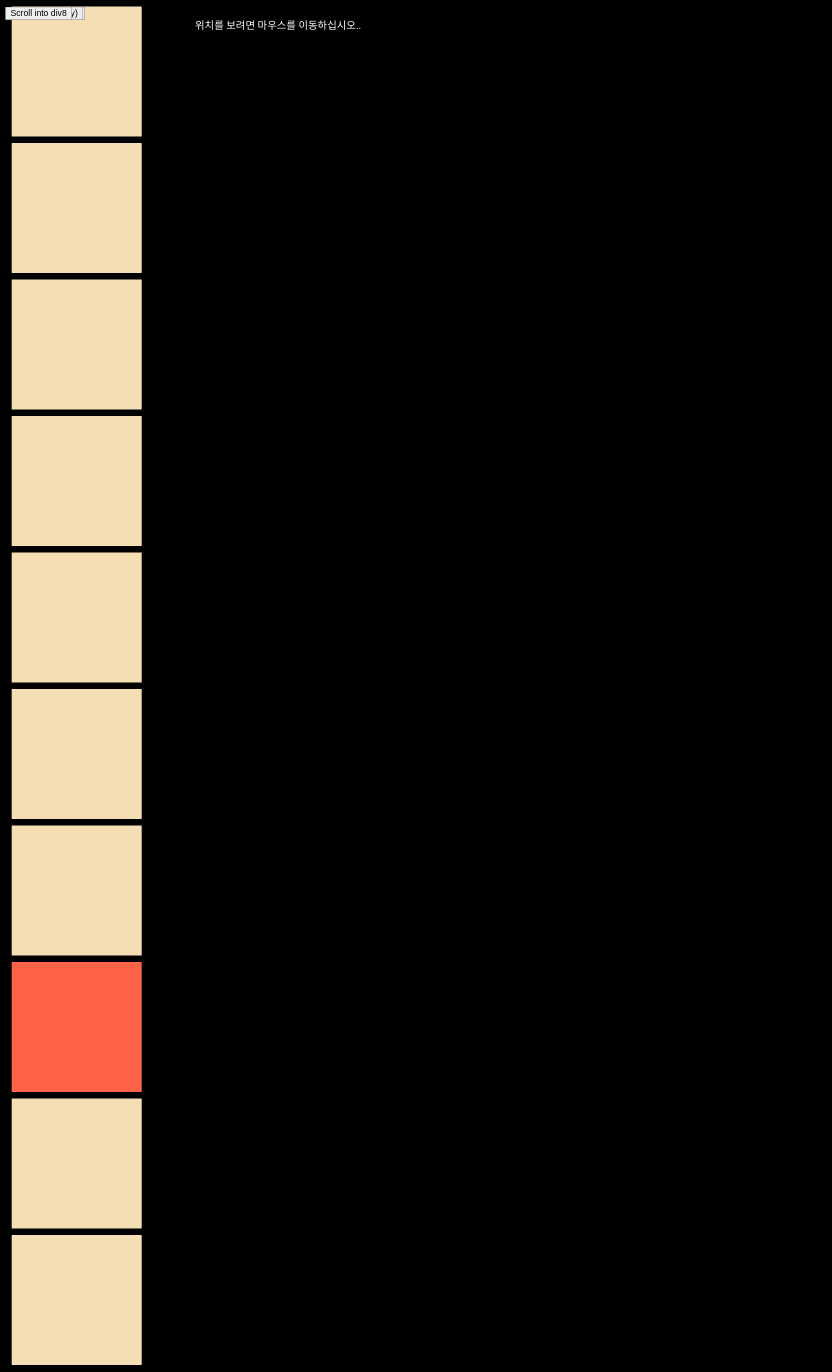
Repository: GoodHoneyCake/Dream_Coding_Academy5
Page: browser/chap1/window_coordinate.html
The author's editor kept a copy of each file at every save. The page is drawn from the files as they stood at one save, then again after a run of saves.
The browser window is 1280 px wide. The pictures show the whole page, at 65% of full size.

Above is the page before, as saved 2021-01-28 13:50:41.

After the next 2 saves:
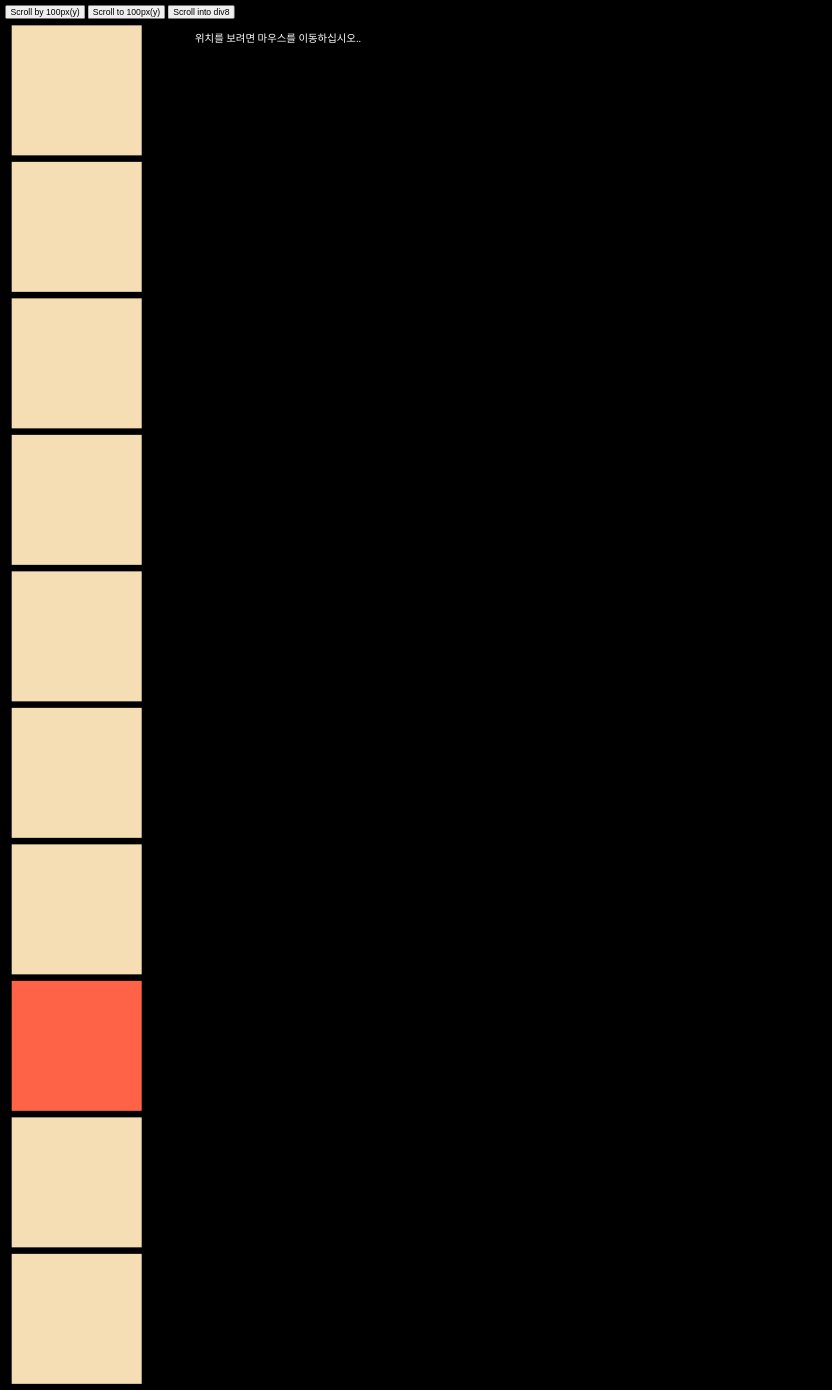
The 2 saves are shown as one change because they came seconds apart.
The last was saved 9 s later.
--- a/browser/chap1/window_coordinate.html
+++ b/browser/chap1/window_coordinate.html
@@ -11,8 +11,6 @@
       color: white;
     }
     button {
-      position: fixed;
-      margin-right: 50px;
     }
     p {
       position: fixed;
